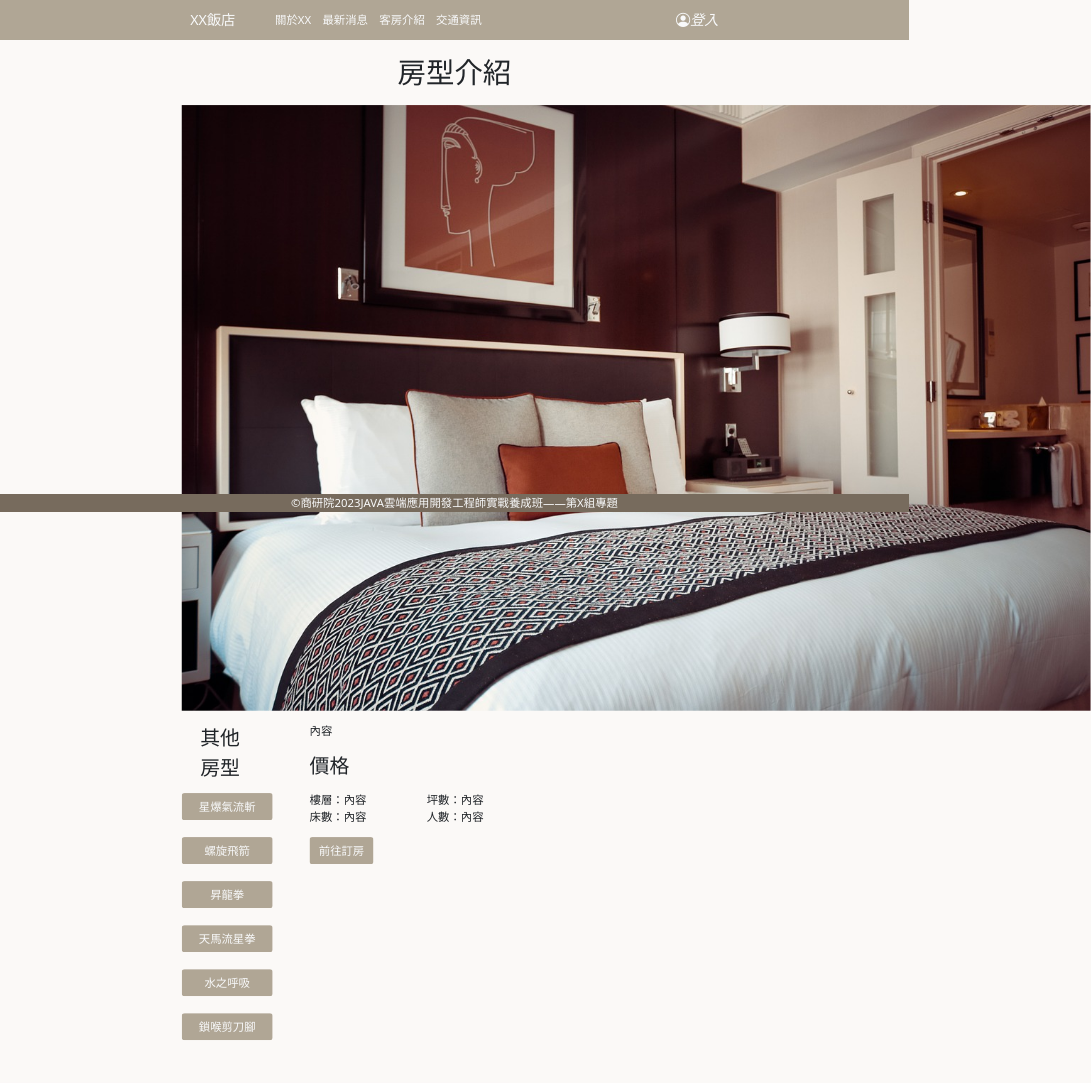
Repository: starcool0505/JavaProject-Hotel
Page: http://localhost/Hotel/room_index.jsp
The author's editor kept a copy of each file at every save. The page is drawn from the files as they stood at one save, then again after the next save.
The browser window is 1280 px wide. The page is 1536 px wide, so the pictures cover 1536 px, including what lies to the right of the window. The pictures show the whole page, at 71% of full size.
The page is served by Tomcat 9. Nobody is signed in. The application's start-up code is not run.

Above is the page before, as saved 2023-12-19 07:08:20.

After the next save:
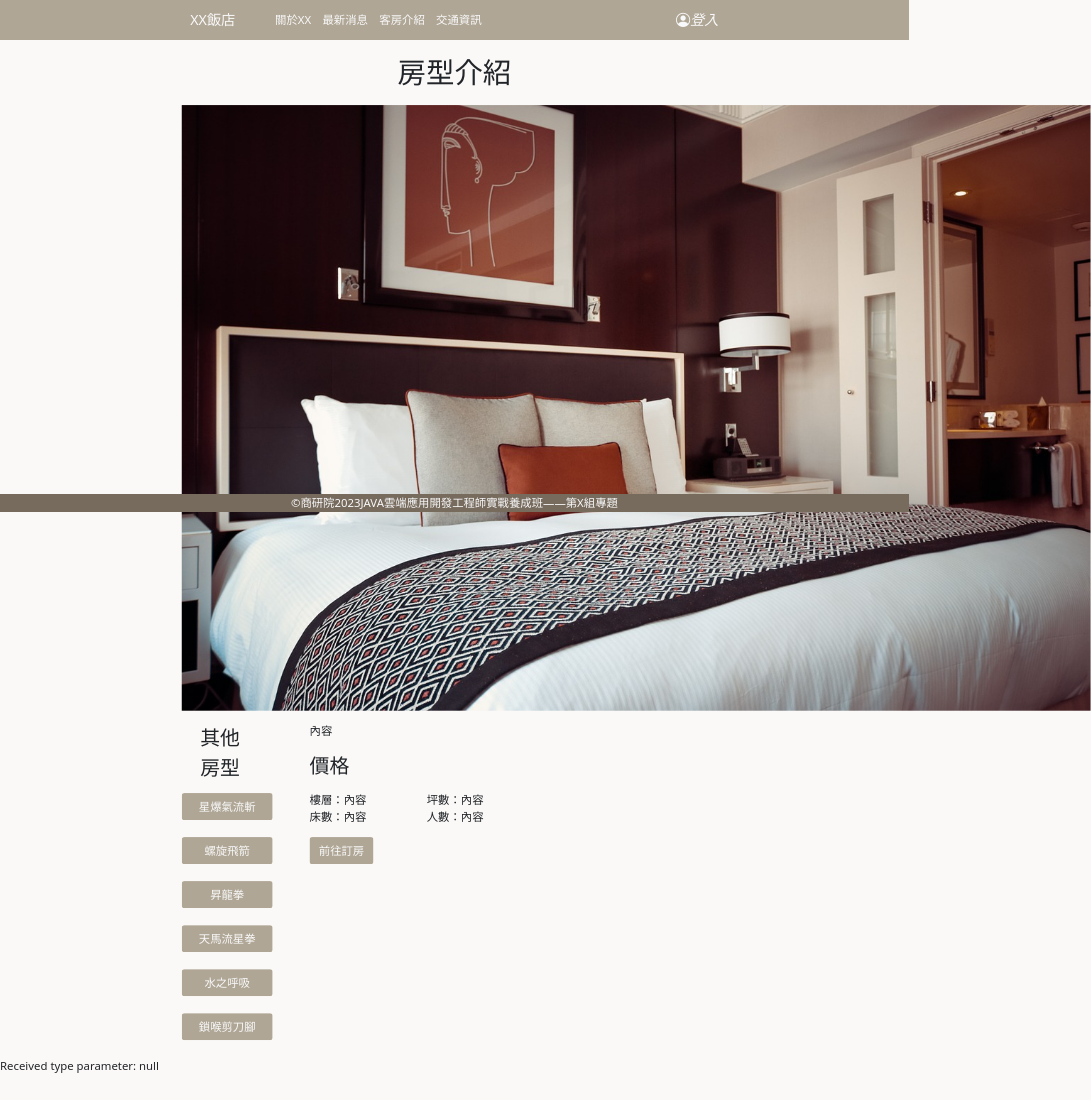
Saved 64 s later.
--- a/Hotel/src/main/webapp/room_index.jsp
+++ b/Hotel/src/main/webapp/room_index.jsp
@@ -2,10 +2,6 @@
 <%@ page import="data.RoomData" %>
 
 <%@ include file="/WEB-INF/views/header.jsp" %>
-
-<%
-	String roomType = request.getParameter("type");
-%>
 
 <!DOCTYPE html>
 <html>
@@ -77,6 +73,10 @@
 				</div>
 			</div>
 		</div>
+		<%
+			String roomType = request.getParameter("type");
+			out.println("Received type parameter: " + roomType);
+		%>
 	</body>
 </html>
 
